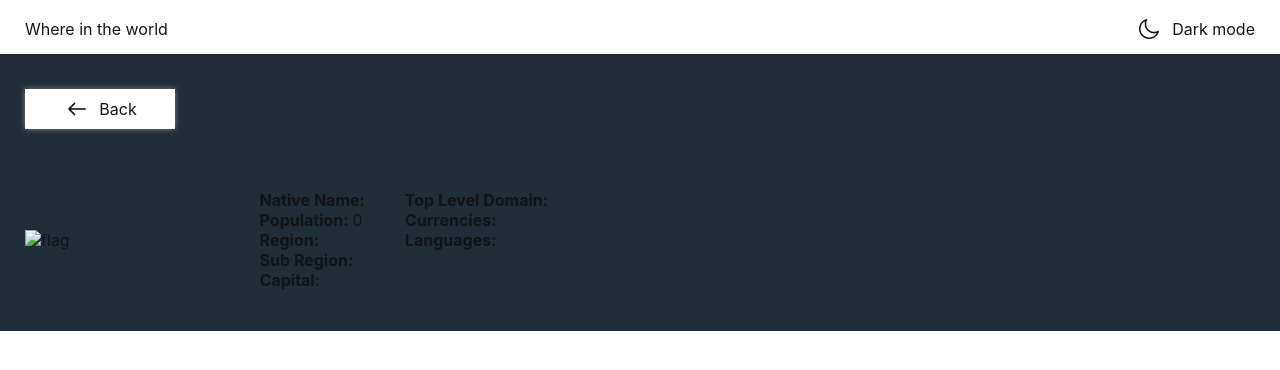
Repository: faithandjs/rest-countries-api
Page: /details
These files come from the project's save history. The page is drawn as it stood at one moment and after the next save; the edit follows.
The browser window is 1280 px wide. The pictures show the whole page.
The page's requests for data from a server got no answer. The project was rebuilt for these pictures with package versions that can differ from the ones it lists, and the page was loaded fresh each time. No one was signed in, and anything a server would have sent is missing. Also part of the build but not shown: src/components/home.tsx.

Above is the page before, as saved 2022-04-16 01:30:18.

After the next save:
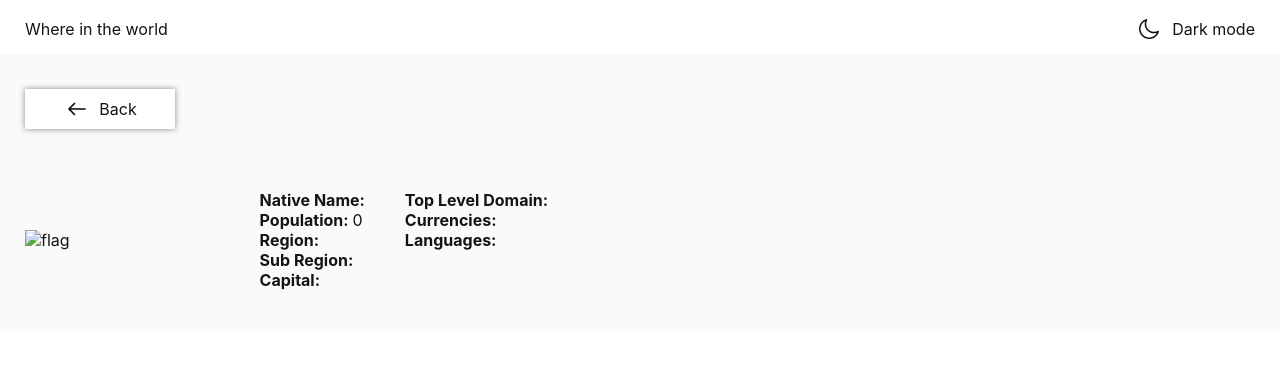
Saved 4 min 47 s later.
--- a/src/components/style/style.scss
+++ b/src/components/style/style.scss
@@ -8,6 +8,8 @@ $shadow: 0px 0px 1px 0.2px ;
 @mixin theme ($bg, $element, $text, $shadowColor) {
     background: $bg;
     color: $text;
+    background: linear-gradient(45deg, $bg, $bg) no-repeat fixed center;
+
     .navbar{
         background-color: $element;
     }
@@ -58,7 +60,6 @@ $shadow: 0px 0px 1px 0.2px ;
 }
 .app{
     //overflow: hidden;
-    background: linear-gradient(45deg, hsl(207deg, 26%, 17%), hsl(207deg, 26%, 17%) ) no-repeat fixed center;
 }
 .navbar{
     display: flex;
